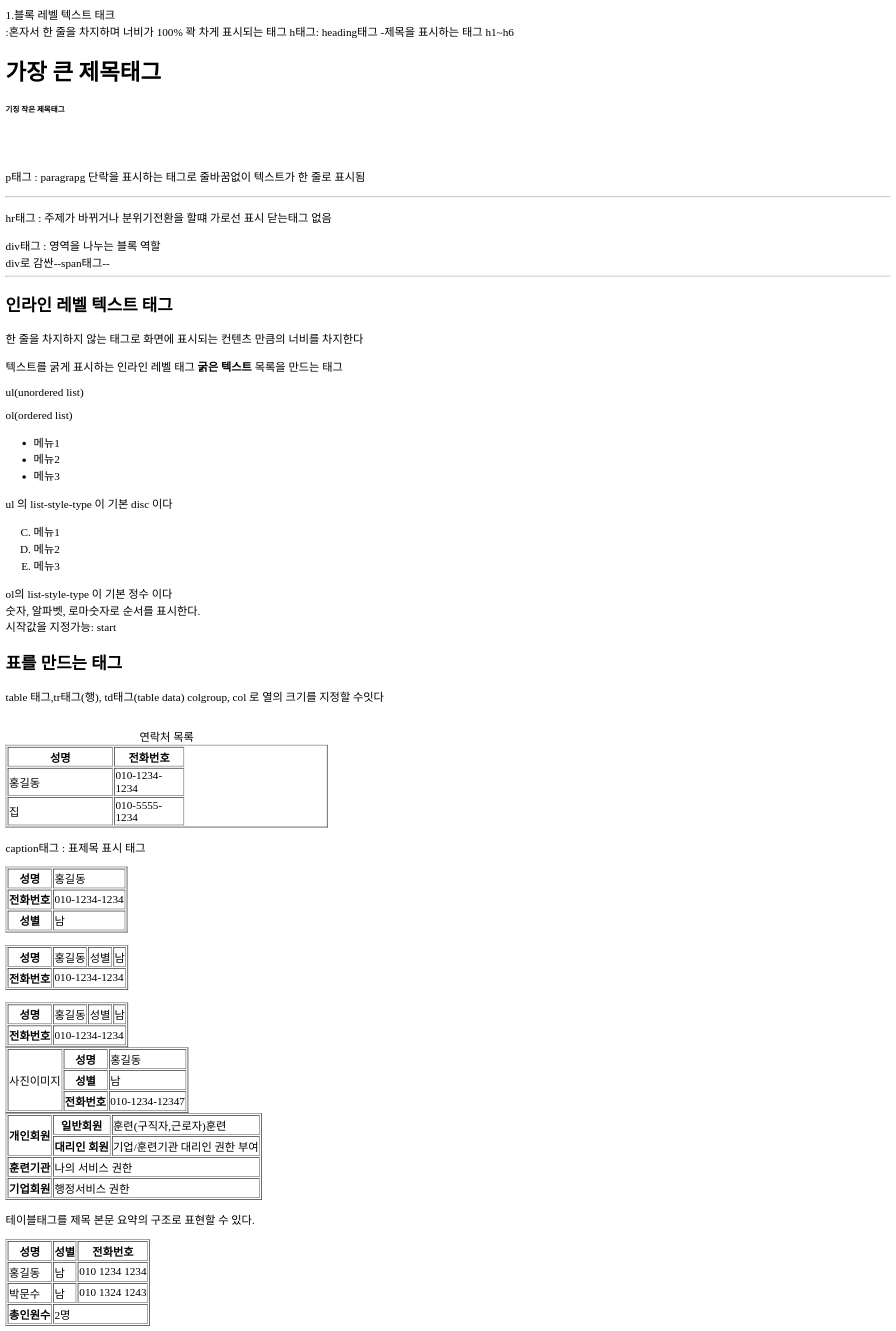
Repository: hana825/Web
Page: web/WebContent/index.html
These files come from the project's save history. The page is drawn as it stood at one moment and after the next save; the edit follows.
The browser window is 1280 px wide. The pictures show the whole page, at 70% of full size.

Above is the page before, as saved 2022-03-17 07:19:09.

After the next save:
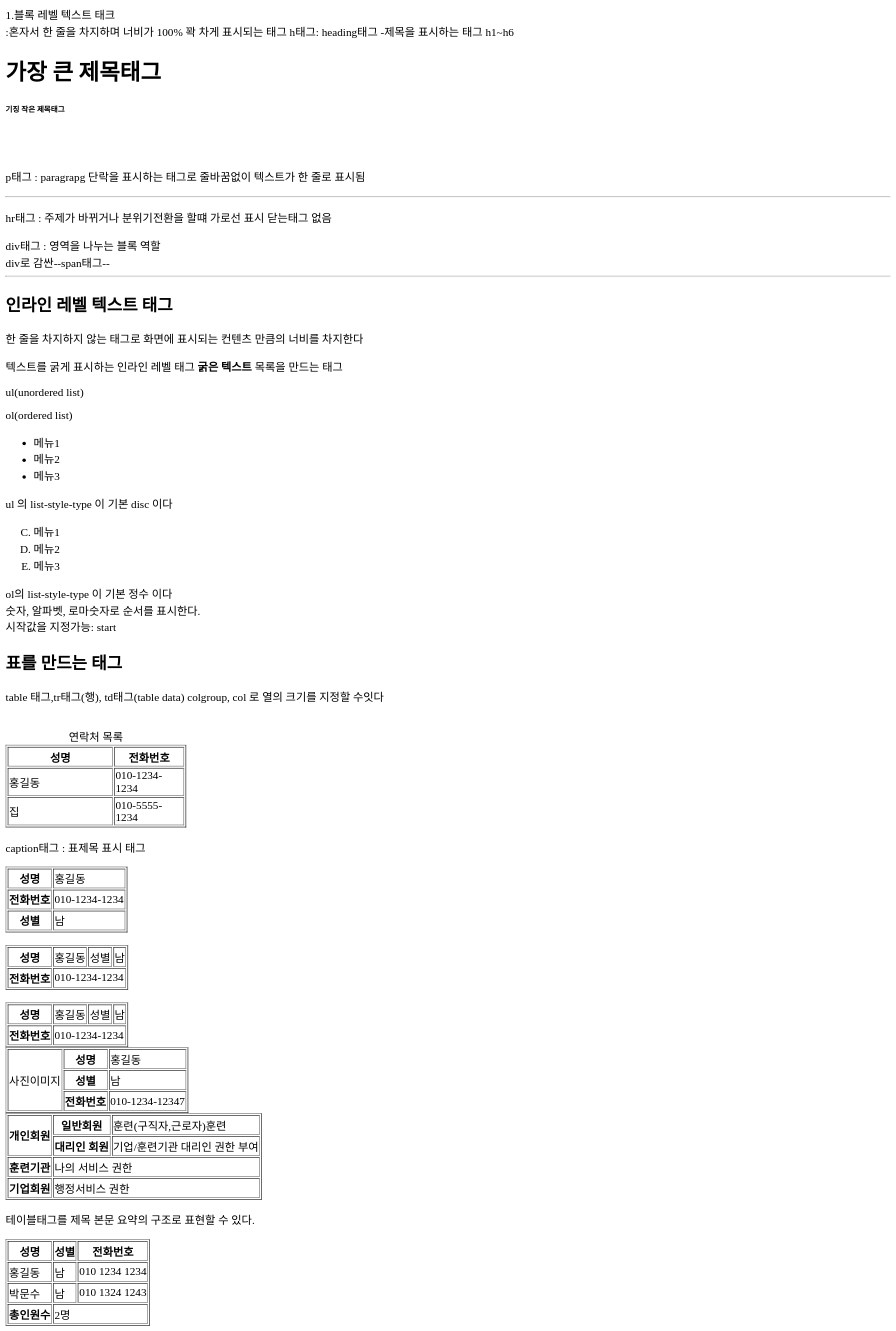
Saved 22 s later.
--- a/web/WebContent/index.html
+++ b/web/WebContent/index.html
@@ -67,7 +67,6 @@ colgroup, col 로 열의 크기를 지정할 수잇다
 	<colgroup>
 		<col style='width:150px'>
 		<col style='width:100px'>
-		<col style='width:200px'>
 	</colgroup>
 	<caption>연락처 목록</caption>
 	<tr><th>성명</th><th>전화번호</th></tr>
